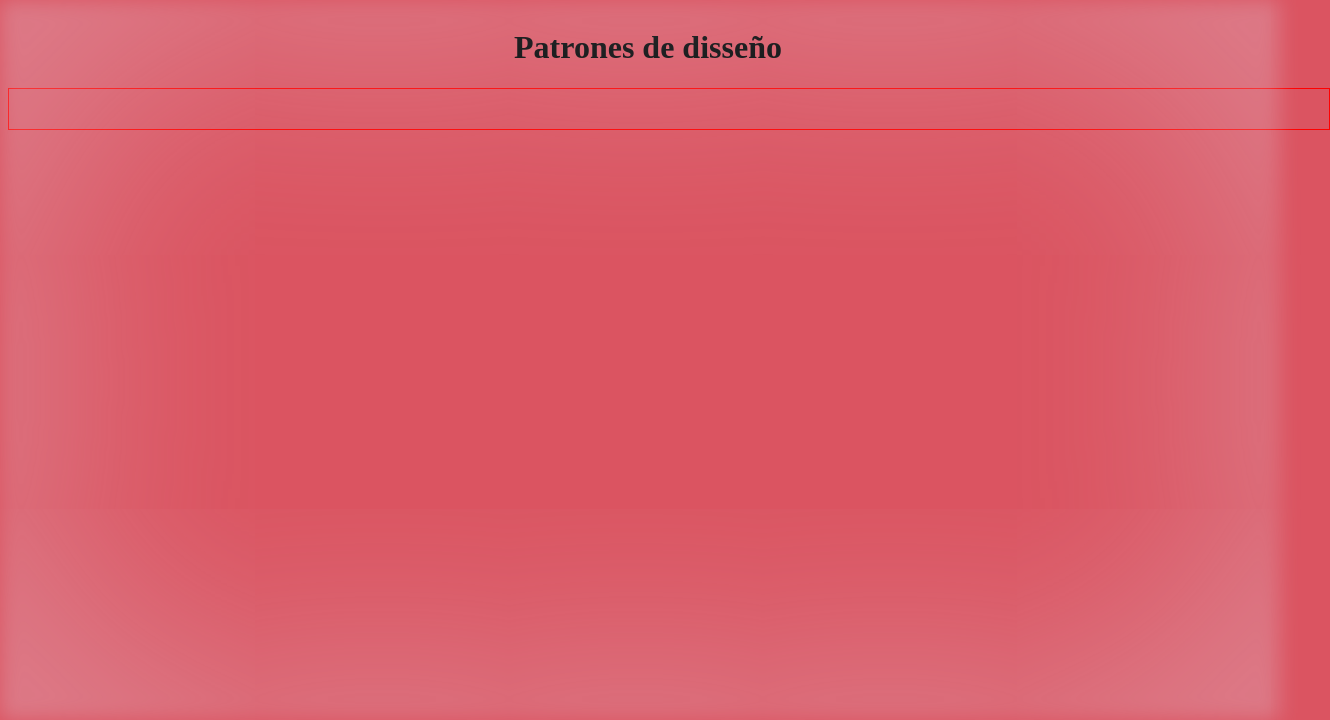
Repository: nrsWebs/design-pattern-es
Page: index.html
These files come from the project's save history. The page is drawn as it stood at one moment and after the next save; the edit follows.
The browser window is 1280 px wide. The page is 1330 px wide, so the pictures cover 1330 px, including what lies to the right of the window. The pictures show the whole page.

Above is the page before, as saved 2021-02-06 18:02:19.

### index.html
<!DOCTYPE html>
<html>
<head>
<script src="https://ajax.googleapis.com/ajax/libs/jquery/3.5.1/jquery.min.js"></script>
<link rel="stylesheet" href="source/main.css">
</head>
<body>
    <div class="main-content">
        <h1>Patrones de disseño</h1>
        <div class="box glass">
            <div class=""></div>
        </div>
    </div>
</body>
<script>
$(document).ready(function(){
    setTimeout(function(){
        $("p").hide();
    }, 5000);
});
</script>
</html>

### source/main.css
:root {
    --main: #F5F5F5;
    --secondary: rgba(227, 242, 253, 0.5);
    --auxiliar: #DB5461
  }
body {
    background-color: var(--auxiliar);
    display: flex;
    justify-content: center;
    width: 100%;
}
.main-content{
    display: flex;
    flex-direction: column;
    justify-content: space-around;
    width: 100%;
    max-width: 1440px;
}
h1{
    text-align: center;
}
.box {
    display: flex;
    flex-direction: column;
    justify-content: space-around;
    width: 100%;
    padding: 20px;
    border: 1px solid red;
}
/* GLASS EFFECT */
.box:before {
    content: '';
    position: absolute;
    top: 0;
    left: 0;
    right: 0;
    bottom: 0;
    box-shadow: inset 0 0 2000px var(--secondary);
    filter: blur(10px);
}

After the next save:
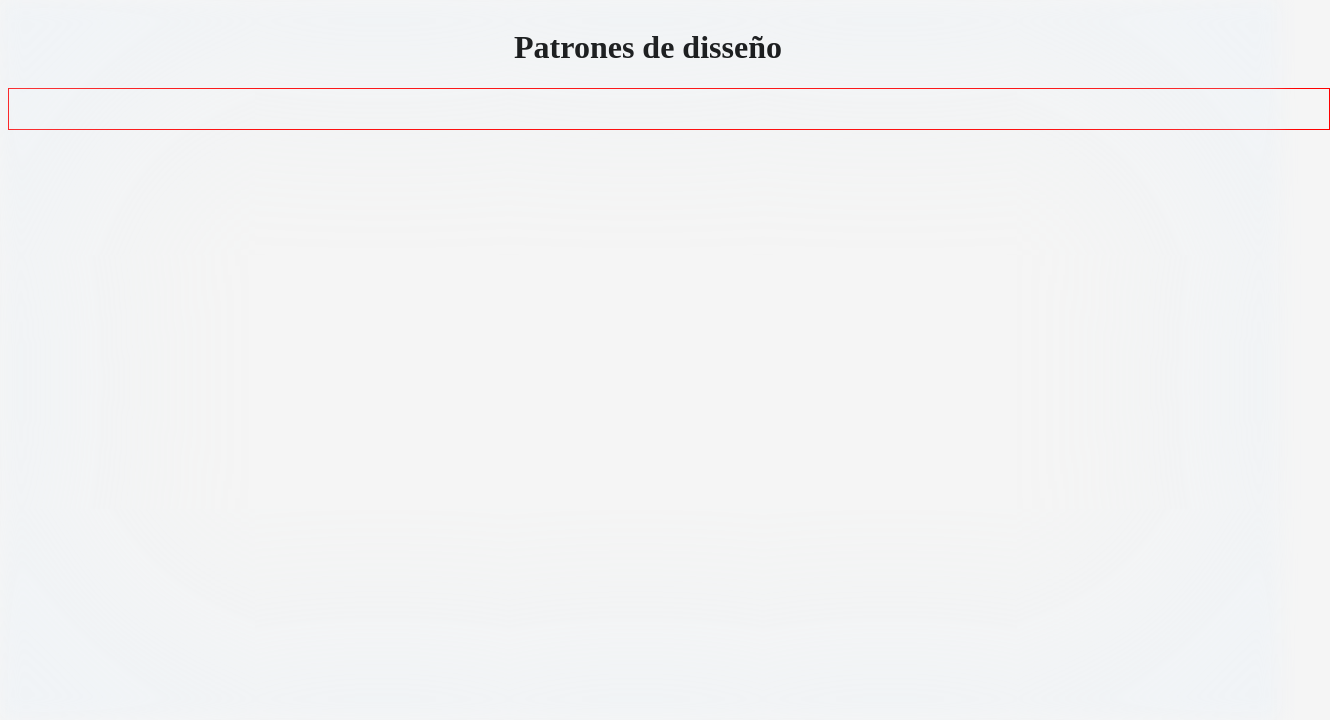
Saved 5 s later.
--- a/source/main.css
+++ b/source/main.css
@@ -4,7 +4,7 @@
     --auxiliar: #DB5461
   }
 body {
-    background-color: var(--auxiliar);
+    background-color: var(--main);
     display: flex;
     justify-content: center;
     width: 100%;
